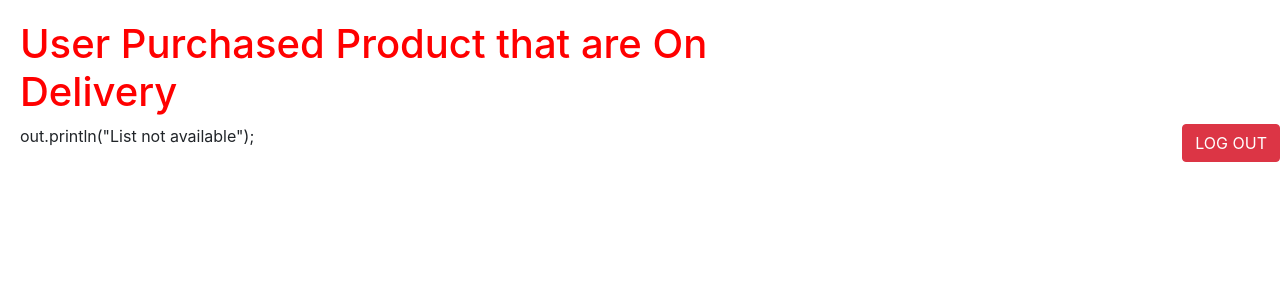
Repository: piyushj81/ComputerShop
Page: http://localhost/computershop/shopproductcontroller
The author's editor kept a copy of each file at every save. The page is drawn from the files as they stood at one save, then again after the next save.
The browser window is 1280 px wide. The pictures show the whole page.
The page is served by Tomcat 9. Other server files are loaded and not shown. Queries for data that is not in the repository find no rows.

Above is the page before, as saved 2021-10-15 10:12:10.

### computershop/WebContent/usershoppingdetails.jsp
<%@page import="com.shop.dto.Admin"%>
<%@page import="java.sql.DriverManager"%>
<%@page import="java.sql.Connection"%>
<%@page import="java.sql.PreparedStatement"%>
<%@page import="java.sql.ResultSet"%>
<%@page import="com.shop.dto.Customer"%>
<%@page import="com.shop.dto.Cart"%>
<%@page import="java.util.ArrayList"%>
<%@ page language="java" contentType="text/html; charset=ISO-8859-1"
    pageEncoding="ISO-8859-1"%>
<!DOCTYPE html>
<html>
<head>
<meta charset="ISO-8859-1">

<link rel="stylesheet" href="computershop.css">
<link rel="stylesheet"
	href="https://cdnjs.cloudflare.com/ajax/libs/font-awesome/4.7.0/css/font-awesome.min.css">
<link rel="stylesheet"
	href="https://cdn.jsdelivr.net/npm/bootstrap@4.5.3/dist/css/bootstrap.min.css"
	integrity="sha384-TX8t27EcRE3e/ihU7zmQxVncDAy5uIKz4rEkgIXeMed4M0jlfIDPvg6uqKI2xXr2"
	crossorigin="anonymous">
<script src="https://code.jquery.com/jquery-3.5.1.slim.min.js"
	integrity="sha384-DfXdz2htPH0lsSSs5nCTpuj/zy4C+OGpamoFVy38MVBnE+IbbVYUew+OrCXaRkfj"
	crossorigin="anonymous"></script>
<script
	src="https://cdn.jsdelivr.net/npm/bootstrap@4.5.3/dist/js/bootstrap.bundle.min.js"
	integrity="sha384-ho+j7jyWK8fNQe+A12Hb8AhRq26LrZ/JpcUGGOn+Y7RsweNrtN/tE3MoK7ZeZDyx"
	crossorigin="anonymous"></script>

<title>Shopping Details</title>
</head>
<body>
<h1 style="color:red;" >User Purchased Product that are On Delivery</h1>
<div>
<a href="LogoutController" ><button class="btn btn-danger" type="button"  style= "float: right; margin-right:-500px;"   > LOG OUT</button></a>
</div>


<%
ArrayList<Admin> list2 = (ArrayList<Admin>) request.getAttribute("LIST");

		if (!(list2 != null) || !(list2.isEmpty())) {



		%>
			<table style="width:175%;text-align:center; color:yellow;"    class="table table-hover table-dark "   >
	<tr>
		<th>Product ID</th>
		<th>Phone</th>
		<th>Customer Name </th>
		<th>Pic</th>
		<th>Product Name</th>
		<th>Model</th>
		<th>Price</th>
		<th>Address</th>
		<th>City</th>

		<th>State</th>

	</tr>
	<%
	for (Admin a : list2 ) {
	%>

	<tr>

		<td><%=a.getId() %></td>
		<td><%=a.getPhone() %></td>
		<td><%=a.getCname() %></td>
		<td> <img alt="" src="<%=a.getPic() %>" style ="max-height:50%; max-width:70%"> </td>
		<td><%=a.getPname() %></td>
		<td><%=a.getModel() %></td>
		<td><%=a.getPrice()  %></td>
		<td><%=a.getAddress() %></td>
		<td><%=a.getCity() %></td>

		<td><%=a.getState()%></td>

</tr>

<%}	%>

</table>



	<%
}else {  %>
out.println("List not available");





<% }%>


</body>
</html>

### computershop/src/com/computershop/controller/shopproductcontroller.java
package com.computershop.controller;

import java.io.IOException;
import java.util.ArrayList;

import javax.servlet.RequestDispatcher;
import javax.servlet.ServletException;
import javax.servlet.annotation.WebServlet;
import javax.servlet.http.HttpServlet;
import javax.servlet.http.HttpServletRequest;
import javax.servlet.http.HttpServletResponse;

import com.shop.dto.Admin;

import com.shop.modeldao.CustomerModel;
@WebServlet("/shopproductcontroller")
public class shopproductcontroller extends HttpServlet {
	private static final long serialVersionUID = 1L;
	protected void doGet(HttpServletRequest request, HttpServletResponse response) throws ServletException, IOException {
		CustomerModel model = new CustomerModel();

		ArrayList<Admin> list  =	model.getshoppingDetails();
		RequestDispatcher rd = request.getRequestDispatcher("usershoppingdetails.jsp");
			request.setAttribute("LIST", list);
			rd.forward(request, response);


	}

	protected void doPost(HttpServletRequest request, HttpServletResponse response) throws ServletException, IOException {



	}

}

### computershop/src/com/shop/modeldao/CustomerModel.java
package com.shop.modeldao;

import java.sql.Connection;
import java.sql.DriverManager;
import java.sql.PreparedStatement;
import java.sql.ResultSet;
import java.util.ArrayList;

import com.shop.dto.Admin;
import com.shop.dto.Cart;
import com.shop.dto.Customer;
import com.shop.dto.Form;
import com.shop.dto.Product;
import com.shop.dto.Shop;

public class CustomerModel {
	public static Connection createConnection() {
		Connection con = null;

		try {

			Class.forName("com.mysql.jdbc.Driver");
			con = DriverManager.getConnection("jdbc:mysql://localhost:3306/shop", "root", "root");

		} catch (Exception e) {
			e.printStackTrace();

		}

		return con;

	}

	public int checkCustomerlogin(String user, String password) {
		Connection con = null;
		int i = 0;
		try {
			con = createConnection();
			PreparedStatement ps = con.prepareStatement("select * from customerlogin where username=? and password=?");
			ps.setString(1, user);
			ps.setString(2, password);
			ResultSet rs = ps.executeQuery();
			if (rs.next()) {
				i = 1;
			}
		} catch (Exception e) {
			e.printStackTrace();
		}
		return i;

	}

	public int admitCustomer(Customer cst) {
		int i = 0;
		Connection con = null;
		try {
			con = createConnection();
			PreparedStatement ps = con.prepareStatement("insert into customerlogin values(?, ?, ?)");
			ps.setString(1, cst.getPhone());
			ps.setString(2, cst.getName());
			ps.setString(3, cst.getPassword());
			i = ps.executeUpdate();

		} catch (Exception e) {
			e.printStackTrace();

		}

		return i;
	}

	public int checkadminlogin(String adminusername, String pwd) {
		int i = 0;
		Connection con = null;

		try {
			con = createConnection();
			PreparedStatement ps = con
					.prepareStatement("select * from adminlogin where adminusername=? and password=?");
			ps.setString(1, adminusername);
			ps.setString(2, pwd);
			ResultSet rs = ps.executeQuery();
			if (rs.next()) {
				i = 1;
			}
		} catch (Exception e) {
			e.printStackTrace();
		}

		return i;
	}

	public ArrayList<Product> getmouseDetails() {
		ArrayList<Product> list = new ArrayList<Product>();
		try {
			Connection con = createConnection();
			PreparedStatement ps = con.prepareStatement("select * from mouse");
			ResultSet rs = ps.executeQuery();
			while (rs.next()) {
				Product pt = new Product(rs.getString("id"), rs.getString("pname"), rs.getInt("model"),
						rs.getString("price"), rs.getString("pic"));
				list.add(pt);

			}

		} catch (Exception e) {
			e.printStackTrace();
		}

		return list;
	}

	public Product selectdatafrommouseincart(String id, String phone) {
		Product pt = null;
		Connection con = null;

		try {
			con = createConnection();

			PreparedStatement ps = con.prepareStatement("select * from mouse where id=?");
			ps.setString(1, id);

			ResultSet rs = ps.executeQuery();
			if (rs.next()) {
				pt = new Product(rs.getString("id"), rs.getString("pname"), rs.getInt("model"), rs.getString("price"),
						rs.getString("pic"));

			}
		} catch (Exception e) {
			e.printStackTrace();

		}
		return pt;
	}

	public int insertproductdata(Product pt, String id, String phone) {

		int i = 0;
		Connection con = null;
		try {
			con = createConnection();
			PreparedStatement ps = con.prepareStatement("insert into cart values(?,?,?,?,?,?)");
			ps.setString(1, phone);
			ps.setString(2, id);
			ps.setString(3, pt.getPname());
			ps.setInt(4, pt.getModel());
			ps.setString(5, pt.getPrice());
			ps.setString(6, pt.getPic());
			i = ps.executeUpdate();

		} catch (Exception e) {
			e.printStackTrace();

		}

		return i;
	}

	public ArrayList<Product> getusercartdetail(String phone) {
		Product pt = null;
		ArrayList<Product> list1 = new ArrayList<Product>();
		Connection con = null;
		try {
			con = createConnection();
			PreparedStatement ps = con.prepareStatement("select * from cart where phone=?");
			ps.setString(1, phone);
			ResultSet rs = ps.executeQuery();
			while (rs.next()) {

				pt = new Product(rs.getString("id"), rs.getString("pname"), rs.getInt("model"), rs.getString("price"),
						rs.getString("pic"));

				list1.add(pt);
			}

		} catch (Exception e) {
			e.printStackTrace();

		}
		return list1;
	}

	public int deleteitem(String id) {
		Connection con = null;
		int i = 0;
		try {
			con = createConnection();
			PreparedStatement ps = con.prepareStatement("delete  from cart where id=?");
			ps.setString(1, id);
			i = ps.executeUpdate();

		} catch (Exception e) {
			e.printStackTrace();
		}
		return i;
	}

	public ArrayList<Product> getusercartdetails(String phone) {
		Product pt = null;
		ArrayList<Product> list1 = new ArrayList<Product>();
		Connection con = null;
		try {
			con = createConnection();
			PreparedStatement ps = con.prepareStatement("select * from cart where phone=?");
			ps.setString(1, phone);
			ResultSet rs = ps.executeQuery();
			while (rs.next()) {

				pt = new Product(rs.getString("id"), rs.getString("pname"), rs.getInt("model"), rs.getString("price"),
						rs.getString("pic"));

				list1.add(pt);
			}

		} catch (Exception e) {
			e.printStackTrace();

		}
		return list1;
	}

	public ArrayList<Product> getmotherboardDetails() {
		ArrayList<Product> list = new ArrayList<Product>();
		try {
			Connection con = createConnection();
			PreparedStatement ps = con.prepareStatement("select * from motherboard");
			ResultSet rs = ps.executeQuery();
			while (rs.next()) {
				Product pt = new Product(rs.getString("id"), rs.getString("pname"), rs.getInt("model"),
						rs.getString("price"), rs.getString("pic"));
				list.add(pt);

			}

		} catch (Exception e) {
			e.printStackTrace();
		}

		return list;
	}

	public Product selectdatafrommotherboardincart(String id, String phone) {
		Product pt = null;
		Connection con = null;

		try {
			con = createConnection();

			PreparedStatement ps = con.prepareStatement("select * from motherboard where id=?");
			ps.setString(1, id);

			ResultSet rs = ps.executeQuery();
			if (rs.next()) {
				pt = new Product(rs.getString("id"), rs.getString("pname"), rs.getInt("model"), rs.getString("price"),
						rs.getString("pic"));

			}
		} catch (Exception e) {
			e.printStackTrace();

		}
		return pt;
	}

	public ArrayList<Product> getcpuDetails() {
		ArrayList<Product> list = new ArrayList<Product>();
		try {
			Connection con = createConnection();
			PreparedStatement ps = con.prepareStatement("select * from cpu");
			ResultSet rs = ps.executeQuery();
			while (rs.next()) {
				Product pt = new Product(rs.getString("id"), rs.getString("pname"), rs.getInt("model"),
						rs.getString("price"), rs.getString("pic"));
				list.add(pt);

			}

		} catch (Exception e) {
			e.printStackTrace();
		}

		return list;
	}

	public Product selectdatafromcpuincart(String id, String phone) {
		Product pt = null;
		Connection con = null;

		try {
			con = createConnection();

			PreparedStatement ps = con.prepareStatement("select * from cpu where id=?");
			ps.setString(1, id);

			ResultSet rs = ps.executeQuery();
			if (rs.next()) {
				pt = new Product(rs.getString("id"), rs.getString("pname"), rs.getInt("model"), rs.getString("price"),
						rs.getString("pic"));

			}
		} catch (Exception e) {
			e.printStackTrace();

		}
		return pt;
	}

	public ArrayList<Product> getmonitorDetails() {
		ArrayList<Product> list = new ArrayList<Product>();
		try {
			Connection con = createConnection();
			PreparedStatement ps = con.prepareStatement("select * from monitor");
			ResultSet rs = ps.executeQuery();
			while (rs.next()) {
				Product pt = new Product(rs.getString("id"), rs.getString("pname"), rs.getInt("model"),
						rs.getString("price"), rs.getString("pic"));
				list.add(pt);

			}

		} catch (Exception e) {
			e.printStackTrace();
		}

		return list;
	}

	public Product selectdatafrommonitorincart(String id, String phone) {
		Product pt = null;
		Connection con = null;

		try {
			con = createConnection();

			PreparedStatement ps = con.prepareStatement("select * from monitor where id=?");
			ps.setString(1, id);

			ResultSet rs = ps.executeQuery();
			if (rs.next()) {
				pt = new Product(rs.getString("id"), rs.getString("pname"), rs.getInt("model"), rs.getString("price"),
						rs.getString("pic"));

			}
		} catch (Exception e) {
			e.printStackTrace();

		}
		return pt;


	}

	public ArrayList<Product> getfanDetails() {
		ArrayList<Product> list = new ArrayList<Product>();
		try {
			Connection con = createConnection();
			PreparedStatement ps = con.prepareStatement("select * from fan");
			ResultSet rs = ps.executeQuery();
			while (rs.next()) {
				Product pt = new Product(rs.getString("id"), rs.getString("pname"), rs.getInt("model"),
						rs.getString("price"), rs.getString("pic"));
				list.add(pt);

			}

		} catch (Exception e) {
			e.printStackTrace();
		}

		return list;
	}

	public Product selectdatafromfanincart(String id, String phone) {
		Product pt = null;
		Connection con = null;

		try {
			con = createConnection();

			PreparedStatement ps = con.prepareStatement("select * from fan where id=?");
			ps.setString(1, id);

			ResultSet rs = ps.executeQuery();
			if (rs.next()) {
				pt = new Product(rs.getString("id"), rs.getString("pname"), rs.getInt("model"), rs.getString("price"),
						rs.getString("pic"));

			}
		} catch (Exception e) {
			e.printStackTrace();

		}
		return pt;




	}

	public ArrayList<Product> getramDetails() {
		ArrayList<Product> list = new ArrayList<Product>();
		try {
			Connection con = createConnection();
			PreparedStatement ps = con.prepareStatement("select * from ram");
			ResultSet rs = ps.executeQuery();
			while (rs.next()) {
				Product pt = new Product(rs.getString("id"), rs.getString("pname"), rs.getInt("model"),
						rs.getString("price"), rs.getString("pic"));
				list.add(pt);

			}

		} catch (Exception e) {
			e.printStackTrace();
		}

		return list;
	}

	public Product selectdatafromramincart(String id, String phone) {
		Product pt = null;
		Connection con = null;

		try {
			con = createConnection();

			PreparedStatement ps = con.prepareStatement("select * from ram where id=?");
			ps.setString(1, id);

			ResultSet rs = ps.executeQuery();
			if (rs.next()) {
				pt = new Product(rs.getString("id"), rs.getString("pname"), rs.getInt("model"), rs.getString("price"),
						rs.getString("pic"));

			}
		} catch (Exception e) {
			e.printStackTrace();

		}
		return pt;





			}

	public ArrayList<Product> getkeyboardDetails() {
		ArrayList<Product> list = new ArrayList<Product>();
		try {
			Connection con = createConnection();
			PreparedStatement ps = con.prepareStatement("select * from keyboard");
			ResultSet rs = ps.executeQuery();
			while (rs.next()) {
				Product pt = new Product(rs.getString("id"), rs.getString("pname"), rs.getInt("model"),
						rs.getString("price"), rs.getString("pic"));
				list.add(pt);

			}

		} catch (Exception e) {
			e.printStackTrace();
		}

		return list;
	}

	public Product selectdatafromkeyboardincart(String id, String phone) {
		Product pt = null;
		Connection con = null;

		try {
			con = createConnection();

			PreparedStatement ps = con.prepareStatement("select * from keyboard where id=?");
			ps.setString(1, id);

			ResultSet rs = ps.executeQuery();
			if (rs.next()) {
				pt = new Product(rs.getString("id"), rs.getString("pname"), rs.getInt("model"), rs.getString("price"),
						rs.getString("pic"));

			}
		} catch (Exception e) {
			e.printStackTrace();

		}
		return pt;

	}

	public ArrayList<Cart> showcartitemtoadmin() {

	 ArrayList<Cart> list2 = new ArrayList<Cart>();
	 try {
	  Connection con = createConnection();

	 PreparedStatement ps = con.prepareStatement("select * from cart");

	 ResultSet rs = ps.executeQuery();
		while (rs.next()) {
			Cart ct = new Cart(rs.getString("phone"),rs.getString("id"), rs.getString("pname"),rs.getInt("model"), rs.getString("price"),rs.getString("pic"));
			list2.add(ct);
		}
	 }catch(Exception e){
			e.printStackTrace();

		}


	return list2;

	}

	public int insertshoppingDetails(String id, String cname,Shop s) {
		int i=0;
		Connection con = null;
		try {
			con = createConnection();
			PreparedStatement ps =	con.prepareStatement("insert into shopping values(?,?,?,?,?,?,?,?,?,?,?)");
			ps.setString(1, id);
			ps.setString(2, s.getPhone());
			ps.setString(3, cname);
			ps.setString(4, s.getPic());
			ps.setString(5, s.getPname());
			ps.setInt(6, s.getModel());

			ps.setString(7, s.getPrice());
			ps.setString(8, null);
			ps.setString(9, null);
			ps.setString(10,null);

			ps.setString(11,null);

			i = ps.executeUpdate();

		} catch (Exception e) {
			e.printStackTrace();

	}
		return i;
	}

	public Shop selectshoppingDetailsfromcarttable(String id,String cname) {
		 Shop s = null;
		 Connection con = null;

		try {
			   con = createConnection();

			 PreparedStatement ps = con.prepareStatement("select * from cart where id=?");
			ps.setString(1, id);
			 ResultSet rs = ps.executeQuery();
				while (rs.next()) {
					s  = new Shop(rs.getString("id"),rs.getString("phone"), rs.getString("pname"),rs.getInt("model"), rs.getString("price"),rs.getString("pic"));

				}



			 }catch(Exception e){
					e.printStackTrace();

				}

			return s;
				}

	public int updatedetailsinshopping(Form f) {

		int i = 0;
		Connection con = null;
		try {
			con = createConnection();
			PreparedStatement ps = con.prepareStatement("update shopping set address=?, city=?,pincode=? ,state=?  where phone=?");
			ps.setString(1, f.getAddress());

			ps.setString(2, f.getCity());
			ps.setString(3, f.getPincode());
			ps.setString(4, f.getState());
			ps.setString(5, f.getPhone());
			i = ps.executeUpdate();





		} catch (Exception e) {
			e.printStackTrace();

		}
		return i;
	}

	public ArrayList<Admin> getshoppingDetails() {

		ArrayList<Admin> list = new ArrayList<Admin>();
		Connection con = null;

		try {
			con = createConnection();
			PreparedStatement ps = con.prepareStatement("select * from shopping");

			ResultSet rs = ps.executeQuery();

			while(rs.next())	{
				Admin a = new Admin(rs.getString("id"),rs.getString("phone"),rs.getString("cname"),rs.getString("pic"),rs.getString("pname"),rs.getInt("model"),rs.getString("price"),rs.getString("address"),rs.getString("city"),rs.getString("pincode"),rs.getString("state"));
				list.add(a);

			}
		}catch (Exception e) {

			e.printStackTrace();

		}


		return list;
}

}

### computershop/WebContent/computershop.css
.left{
    margin: -21px auto;
    margin-left: -20px;
    padding: 9px;
    background-color: black;
    width: 178%;
}
.left a{
    text-decoration: none;
    color: white;
}
.left a:hover{
    background-color: red;
    text-decoration: none;
    color: white;
}
.left button{
    width: 9%;
}
.left button:hover{
    background-color: yellow;


}
.leftright{
    float: right;
}
.mid{
    text-decoration: none;
    height: 99px;
    background-color:black;
    display: block;
    width: 178%;
    margin: 22px auto;
    margin-left: -20px;
    top:20px;
    padding: 20px;
}
.right{
    position: absolute;

    right: 60px;
    top: 42%;
    display: inline-block;
    padding: 23px;
    width: 85%;
    height: 50%;
}
.navbar{
display: inline-block;
}
.navbar li{
    display: inline-block;
    font-size: 17px;

}
.navbar li a{
color:white;
text-decoration: none;
padding: 27px;
}
.navbar li a:hover{
    background-color:red;
    text-decoration: none;
    width:70px;
    }

.peripheral{
    color:red;

    width: 167%;

}
.image {
    height: 120%;
     width: 100%;


    }
.image a:hover{
    text-decoration: none;
    background-color: yellow;
    width:150%;
    color: tomato;
}

#myho:hover{
    height: 150px;
    width: 150px;

}

.footer{
    position: absolute;
background-color:  black;
margin-left: -20px;
bottom: -230px;
  width: 100%;
  height: 40%;
  padding: 10px;
}

.footerleft li{
    list-style-type: none;
}
.footerright li{
    list-style-type: none;
}

.footerleft li a{
    text-decoration: none;
    color: white;

}
.footerleft li a:hover{
background-color: red;
text-decoration: none;

}
.footerright li a{
    text-decoration: none;
    color: white;

}
.footerright li a:hover{
    background-color: red;
text-decoration: none;

}
.fa {
    padding: 10px;
    font-size: 70px;
    width: 72px;
    text-align: center;
    text-decoration: none;
    border-radius: 70%;
    background-color: #ffffff ;
}
.fa:hover{
    text-decoration: none;
    background-color: skyblue;

}


  body {
    font-family: Arial;
    margin: 0 auto; /* Center website */
    max-width: 800px; /* Max width */
    padding: 20px;
  }

  .heading {
    font-size: 25px;
    margin-right: 25px;
  }

  .fa {
    font-size: 100px;
  }

  .checked:hover {
      background-color: white;
    color: orange;
  }

   .pics{


    padding: 40px;
    width: 127%;
    margin-left: 300px;

  }
  .pics a{
    -webkit-font-smoothing: auto;
    text-decoration: none;
    color: black;

}
.pics a:hover{
    background-color: red;
    text-decoration: none;
    }
    .centrediv{

        margin-top: -2700px;
    }
    @import url('https://fonts.googleapis.com/css?family=Raleway:100,200,300,400,500,600,700,800,900&display=swap');
html,body {
    font-family: 'Raleway', sans-serif;
}
.thankyou-page ._header {
    background: #fee028;
    padding: 100px 30px;
    text-align: center;
    background: #fee028 url(https://codexcourier.com/images/main_page.jpg) center/cover no-repeat;
}
.thankyou-page ._header .logo {
    max-width: 200px;
    margin: 0 auto 50px;
}
.thankyou-page ._header .logo img {
    width: 100%;
}
.thankyou-page ._header h1 {
    font-size: 65px;
    font-weight: 800;
    color: white;
    margin: 0;
}
.thankyou-page ._body {
    margin: -70px 0 30px;
}
.thankyou-page ._body ._box {
    margin: auto;
    max-width: 80%;
    padding: 50px;
    background: white;
    border-radius: 3px;
    box-shadow: 0 0 35px rgba(10, 10, 10,0.12);
    -moz-box-shadow: 0 0 35px rgba(10, 10, 10,0.12);
    -webkit-box-shadow: 0 0 35px rgba(10, 10, 10,0.12);
}
.thankyou-page ._body ._box h2 {
    font-size: 32px;
    font-weight: 600;
    color: #4ab74a;
}
.thankyou-page ._footer {
    text-align: center;
    padding: 50px 30px;
}

.thankyou-page ._footer .btn {
    background: #4ab74a;
    color: white;
    border: 0;
    font-size: 14px;
    font-weight: 600;
    border-radius: 0;
    letter-spacing: 0.8px;
    padding: 20px 33px;
    text-transform: uppercase;
}

After the next save:
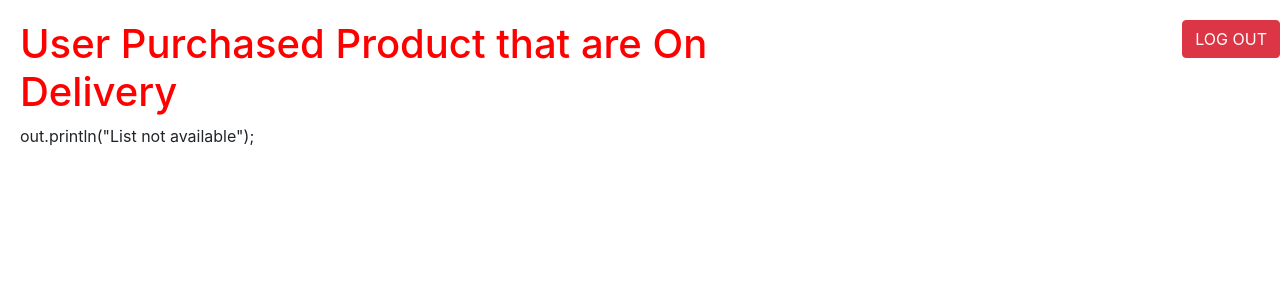
Saved 26 s later.
--- a/computershop/WebContent/usershoppingdetails.jsp
+++ b/computershop/WebContent/usershoppingdetails.jsp
@@ -31,10 +31,11 @@
 <title>Shopping Details</title>
 </head>
 <body>
-<h1 style="color:red;" >User Purchased Product that are On Delivery</h1>
 <div>
 <a href="LogoutController" ><button class="btn btn-danger" type="button"  style= "float: right; margin-right:-500px;"   > LOG OUT</button></a>
 </div>
+
+<h1 style="color:red;" >User Purchased Product that are On Delivery</h1>
 
 
 <%
